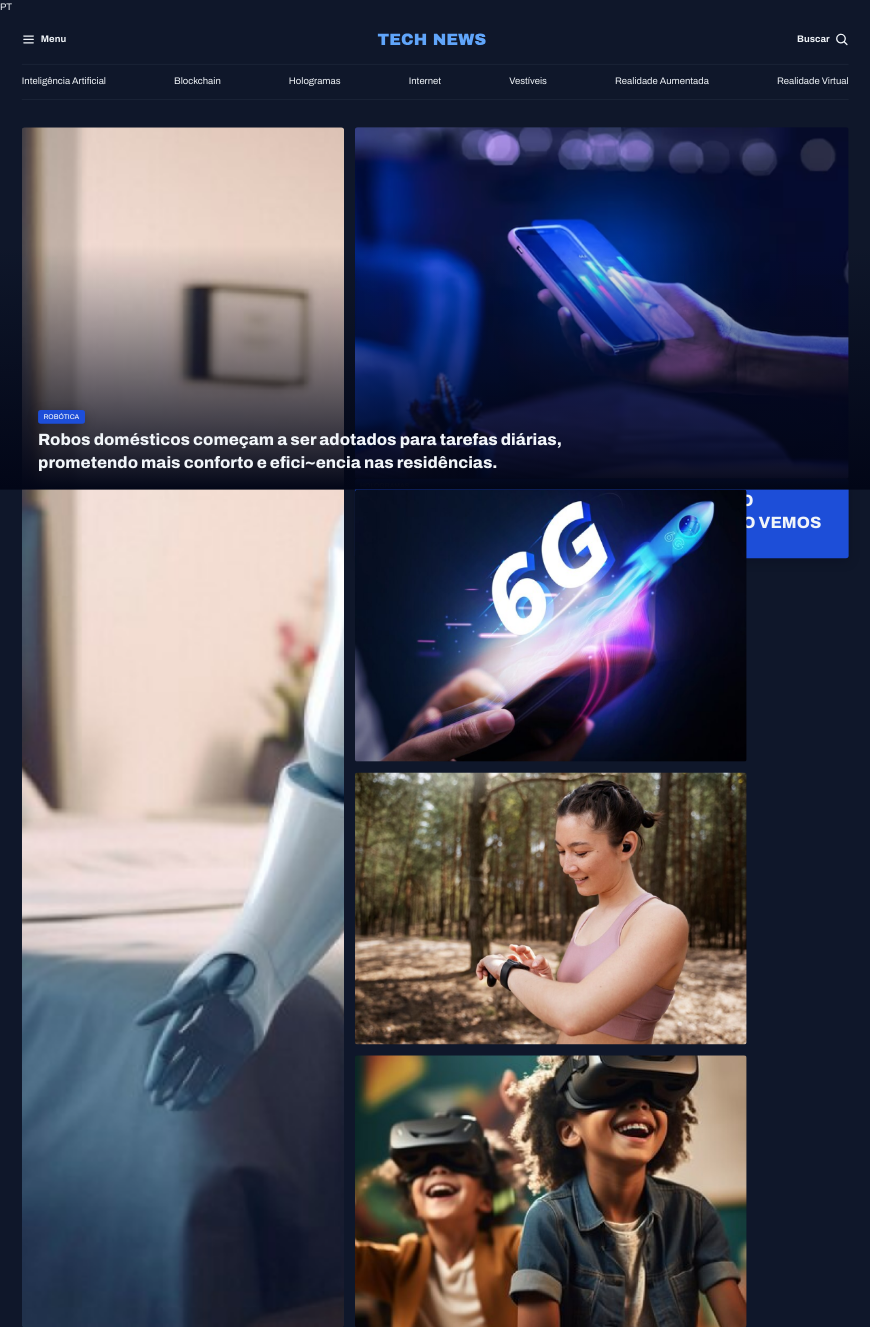
Repository: JeffRodFer/portalDeNoticias
Page: index.html
The author's editor kept a copy of each file at every save. The page is drawn from the files as they stood at one save, then again after a run of saves.
The browser window is 1280 px wide. The pictures show the whole page, at 68% of full size.

Above is the page before, as saved 2025-04-15 21:54:15.

After the next 2 saves:
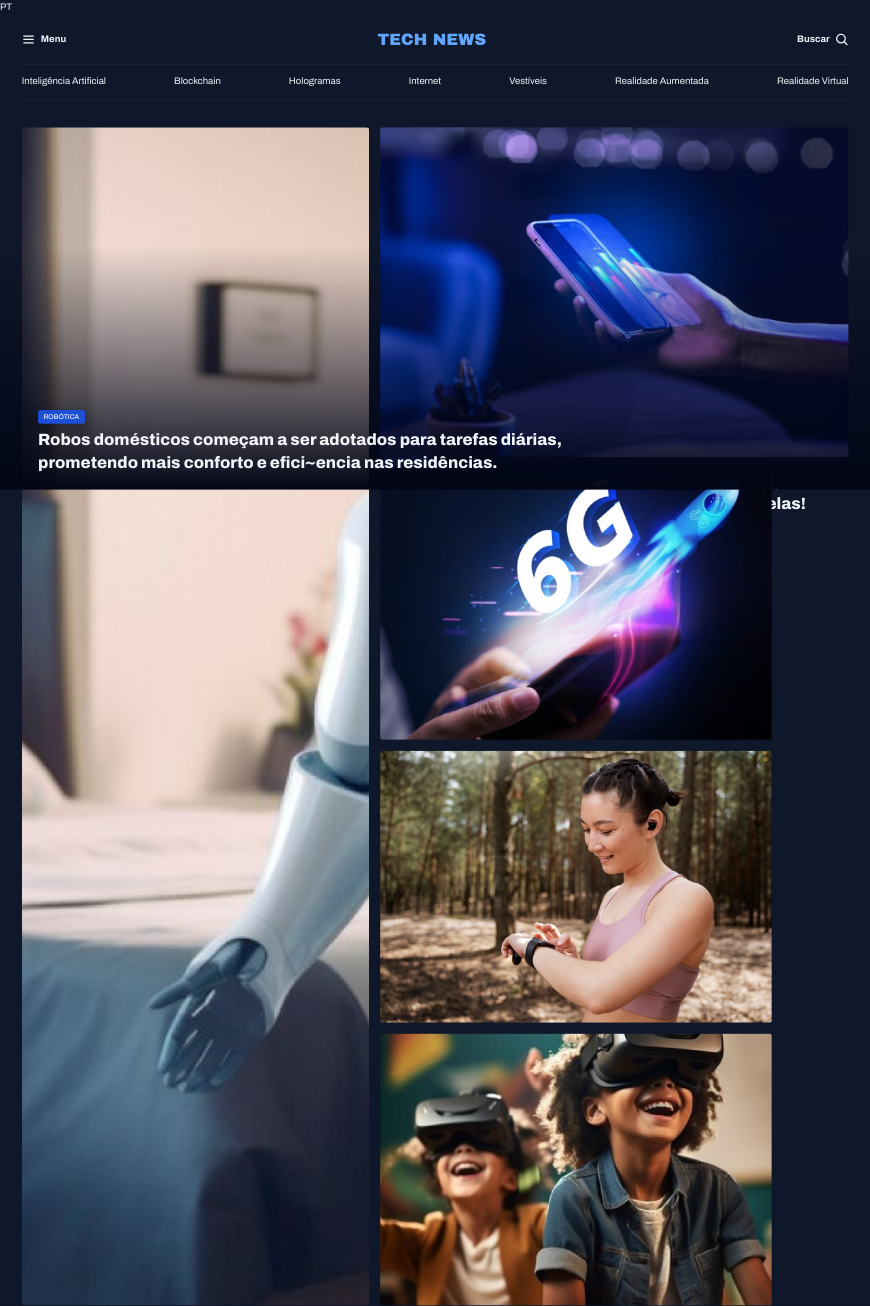
The 2 saves are shown as one change because they came seconds apart.
The last was saved 13 s later.
--- a/index.html
+++ b/index.html
@@ -53,7 +53,7 @@ PT<!DOCTYPE html>
           <img src="assets/images/Image 02.png" alt="Novo Smartphone Projetor 3D chega ao mercado, transformando a forma como vemos as nossas telas!">
 
           <figcaption>
-            <span class="content-tag">Hologramas
+            <span class="content-tag">Hologramas</span>
             <h2 class="text-2xl">
               Novo Smartphone Projetor 3D chega ao mercado, transformando a forma como vemos as nossas telas!
             </h2>
